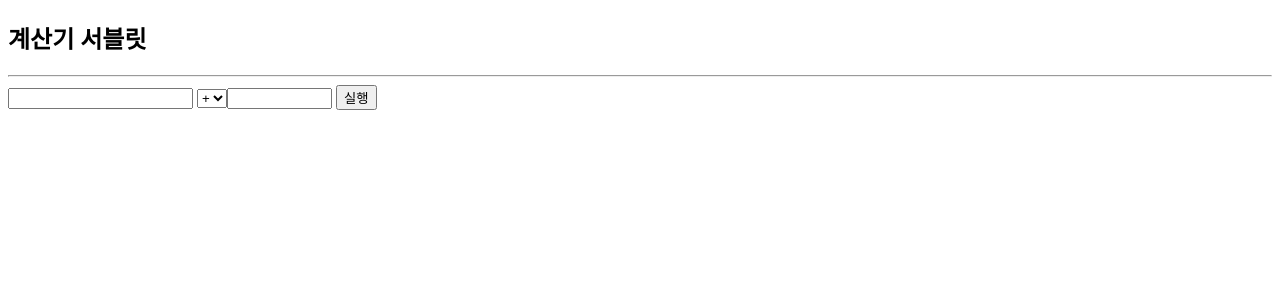
Repository: dngus1683/GameRoom
Page: project1_GameRoom/1~2주차 점검 공부정리/dev/MyWorkspace/jwbook/src/main/webapp/ch05/calcForm.html
These files come from the project's save history. The page is drawn as it stood at one moment and after the next save; the edit follows.
The browser window is 1280 px wide. The pictures show the whole page.

Above is the page before, as saved 2022-04-22 19:24:29.

After the next save:
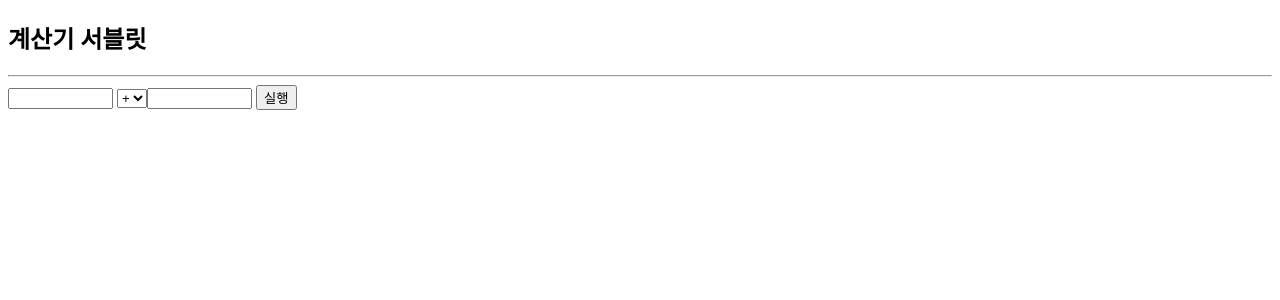
Saved 2 min 46 s later.
--- a/project1_GameRoom/1~2주차 점검 공부정리/dev/MyWorkspace/jwbook/src/main/webapp/ch05/calcForm.html
+++ b/project1_GameRoom/1~2주차 점검 공부정리/dev/MyWorkspace/jwbook/src/main/webapp/ch05/calcForm.html
@@ -7,8 +7,9 @@
 <body>
 	<h2>계산기 서블릿</h2>
 	<hr>
-	<form method="post" action="/jwbook/calc">
-		<input type="text" name="n1" size"10"> <select name="op">
+	<form method="post" action="/jwbook/calc">		<!-- 태그의 action 속성은 서블릿 호출 경로로 반드시 콘텍스트 이름에서부터 출발한다. -->
+													<!-- HTML <form> 태그의 method는 post이며 <submit> 버튼 클릭 시 '/jwbook/calc' 서블릿을 호출한다 -->
+		<input type="text" name="n1" size="10"> <select name="op">
 		<option>+</option>
 		<option>-</option>
 		<option>*</option>
